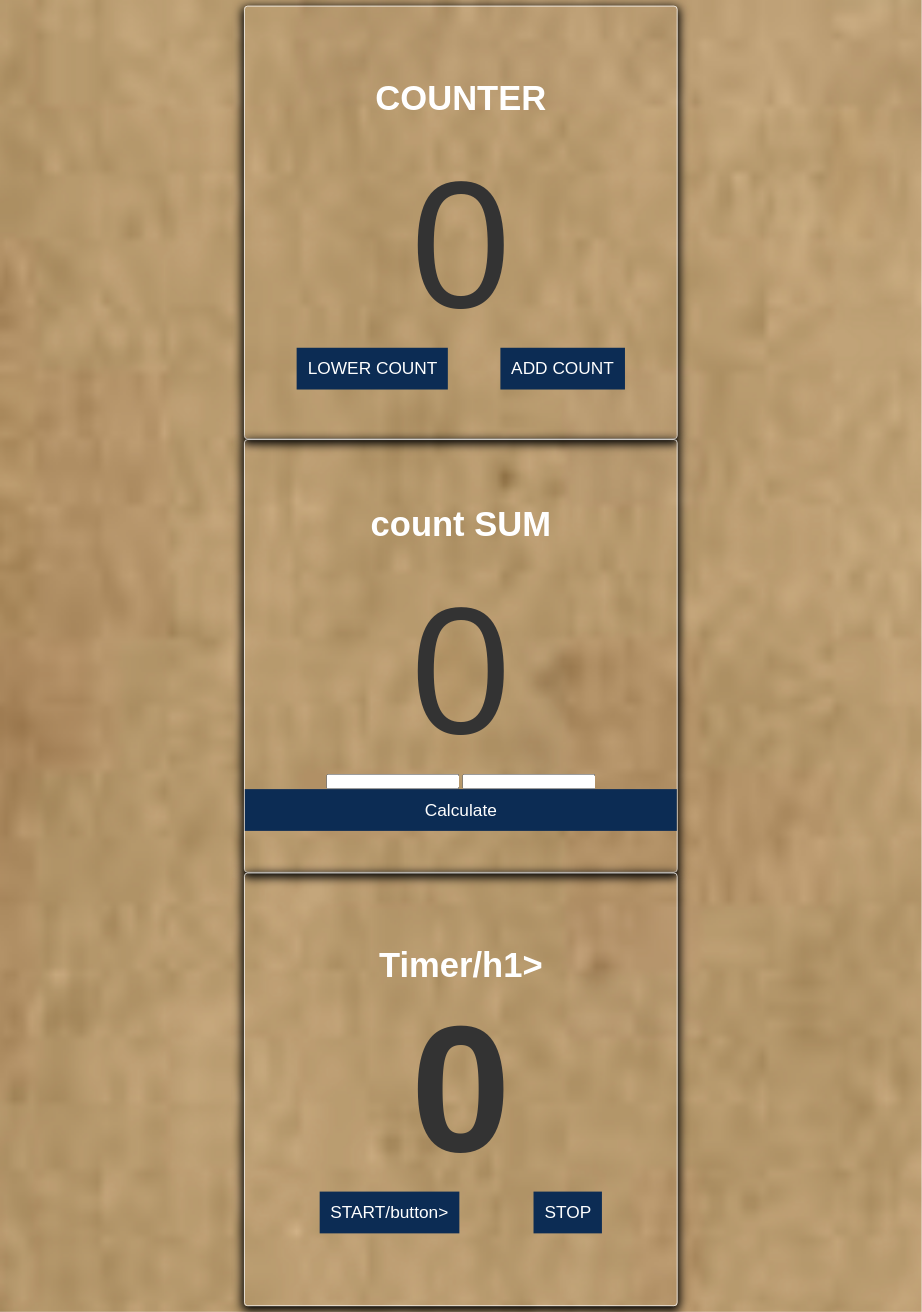
Repository: Hasmik-icml/counter
Page: index.html
The author's editor kept a copy of each file at every save. The page is drawn from the files as they stood at one save, then again after the next save.
The browser window is 1280 px wide. The pictures show the whole page, at 72% of full size.

Above is the page before, as saved 2022-02-14 18:17:51.

After the next save:
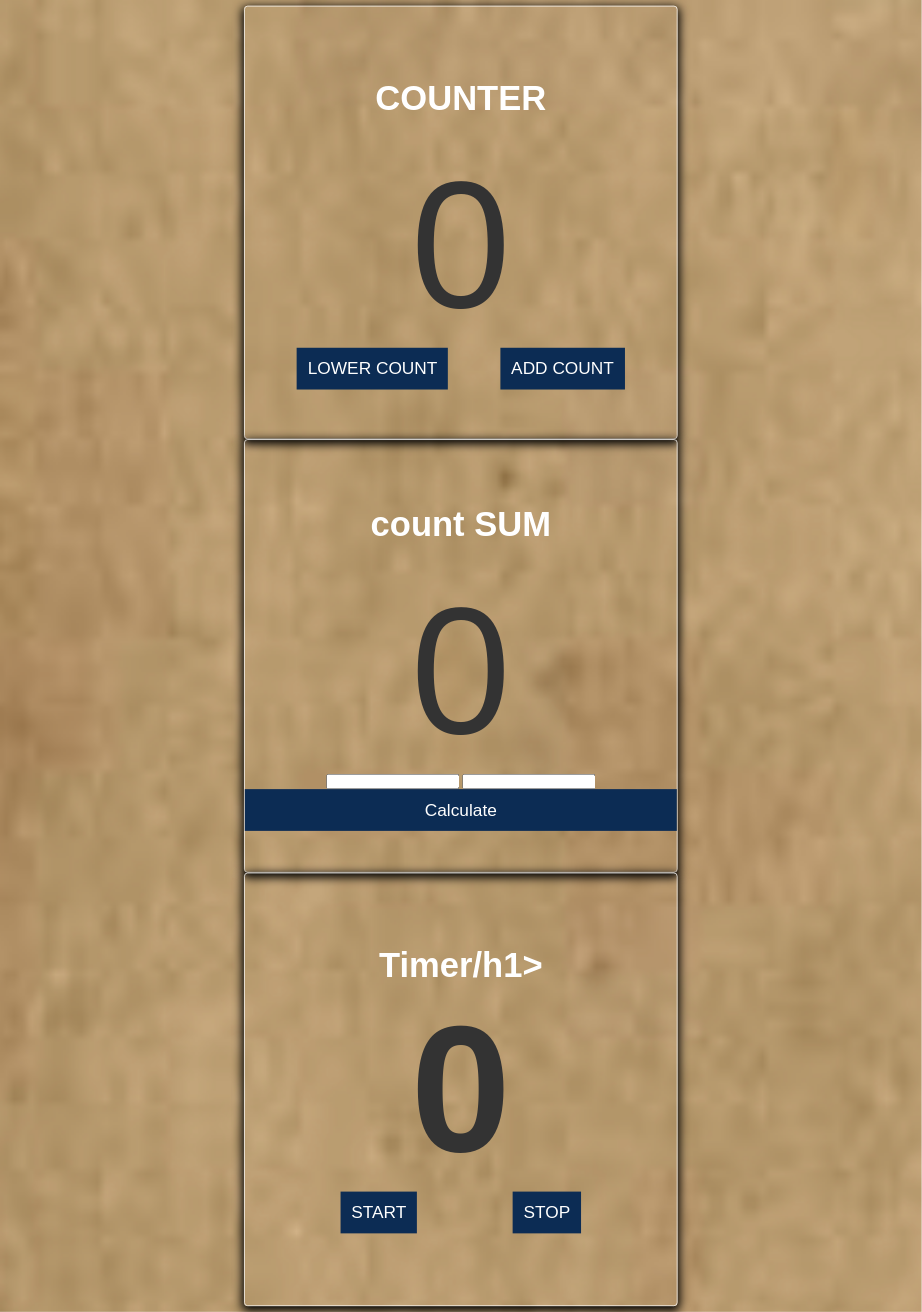
Saved 11 s later.
--- a/index.html
+++ b/index.html
@@ -34,7 +34,7 @@
         <h1 class="counterHeader">Timer/h1>
         <div class="resultTimer result">0</div>
         <div class="timerButtons buttons">
-            <button class="buttonStart button">START/button>
+            <button class="buttonStart button">START</button>
             <button class="buttonStop button">STOP</button>
          </div>
         <!--  -->
